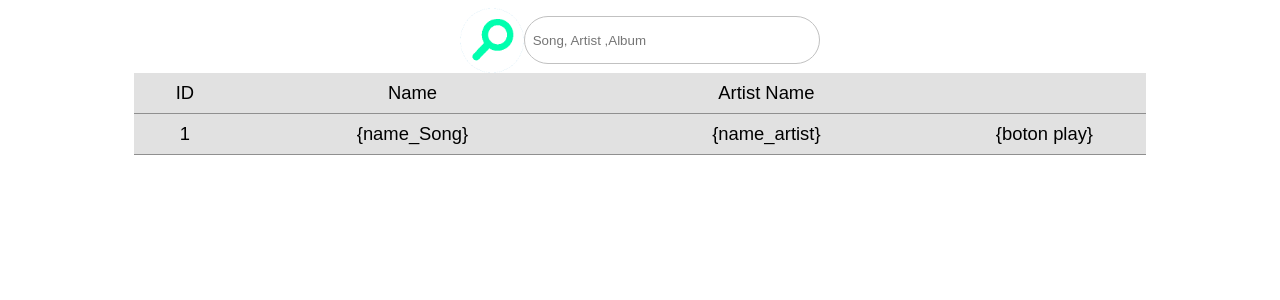
Repository: firebok2018/proyect-lP2
Page: http://localhost/Fire_Music/Search.jsp
These files come from the project's save history. The page is drawn as it stood at one moment and after the next save; the edit follows.
The browser window is 1280 px wide. The pictures show the whole page.
The page is served by Tomcat 9. Other server files are loaded and not shown.

Above is the page before, as saved 2019-05-22 16:19:20.

### Fire_Music/WebContent/Search.jsp
<link rel="stylesheet" href="CSS/style_search.css">
<div id="boxsearch">
	<div id="as">
		<img id="iconSearch" src="Imagen/search.png" alt="Search">
		<input type="text" id="searchx" placeholder="Song, Artist ,Album">
	</div>
</div>
<div id="list">
	<div id="xt">
		<x class="x id" id="">ID</x>
		<x class="x name" id="id">Name</x>
		<x class="x namea" id="">Artist Name</x>
		<x class="x play" id=""> </x>
	</div>
	<div class="xcon">
		<y class="x id fs" id="">1</y>
		<y class="x name fs" id="">{name_Song}</y>
		<y class="x namea fs" id="">{name_artist}</y>
		<y class="x play fs" id="">{boton play}</y>
	</div>

</div>

### Fire_Music/WebContent/CSS/style_search.css

	:root{
		--height:2.5rem;
	}
	#boxsearch{
		width: auto;
		height: auto;
		display: flex;
	}
	#as{
		width: auto;
		height: 15%;
		margin: auto;
		display: flex;

	}
	#iconSearch{
		width:18%;
		height: 18%;
		display: block;

	}
	#searchx{
		margin:auto 0;
		width: 82%;
		display: block;
		height: 3rem;
		border-radius: 30px;
		padding-left: 2%;
		border: solid rgba(193,193,193,1.00) 1.5px;

	}
	#list{
		display: block;
		margin: auto;
		width: 80%;
		height: auto;
		background-color: rgba(223,223,223,0.92);
	}

	#xt,.xcon{
		width: 100%;
		height: var(--height);
		display: flex;
/*		background-color: rgba(168,86,88,0.66);*/
/*		margin: 1%;*/
		border-bottom: 1px solid #8F8F8F;
	}
	.x{
		display: block;
		font-family: 'Poppins', sans-serif;
		line-height: var(--height);
		text-align: center;
		font-size: 1.15rem;
		/*background-color: aqua;*/
		/*margin: 1px;*/
	}
	.id{width: 10%;}
	.name{width: 35%;}
	.namea{width: 35%;}
	.play{width: 20%;}

	y{font-size:.5rem;}

After the next save:
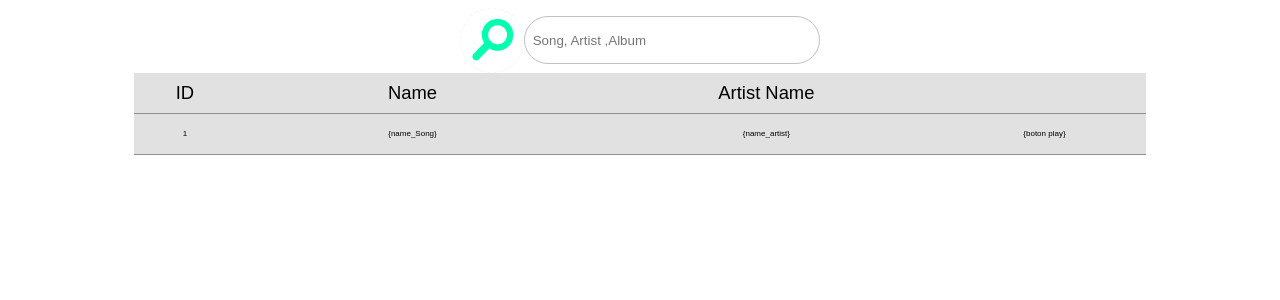
Saved 6 s later.
--- a/Fire_Music/WebContent/CSS/style_search.css
+++ b/Fire_Music/WebContent/CSS/style_search.css
@@ -60,4 +60,4 @@
 	.namea{width: 35%;}
 	.play{width: 20%;}
 
-	y{font-size:.5rem;}
+	.fs{font-size:.5rem;}
